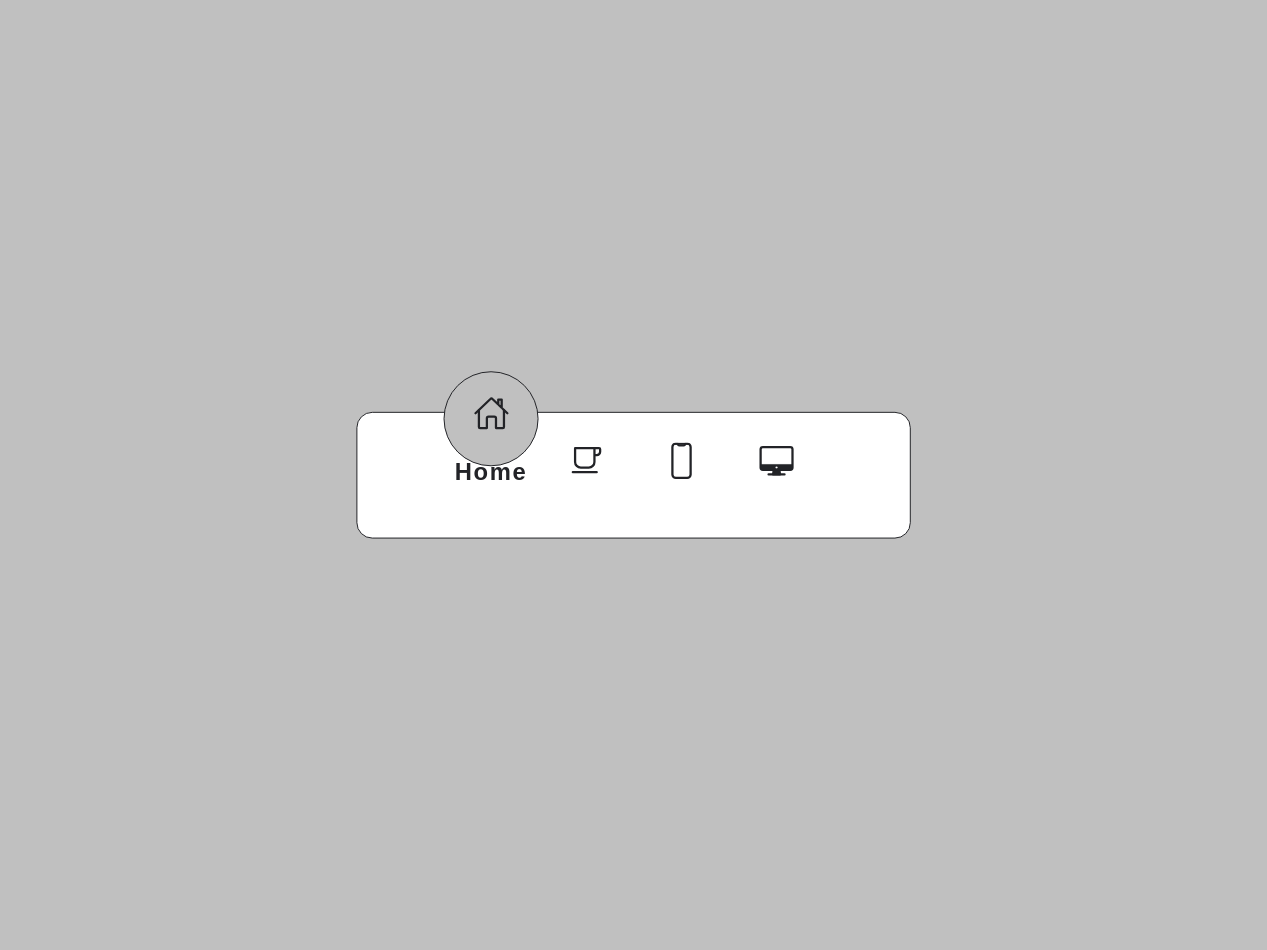
Repository: DevJoeYC/Metabukcs
Page: http://localhost/metabucks/
An editor plug-in stored every save of this project. The page is shown before and after the next save, followed by the edit.
The browser window is 1280 px wide. The pictures show the whole page, at 99% of full size.
The page is served by Tomcat 9.

Above is the page before, as saved 2022-05-27 01:13:41.

After the next save:
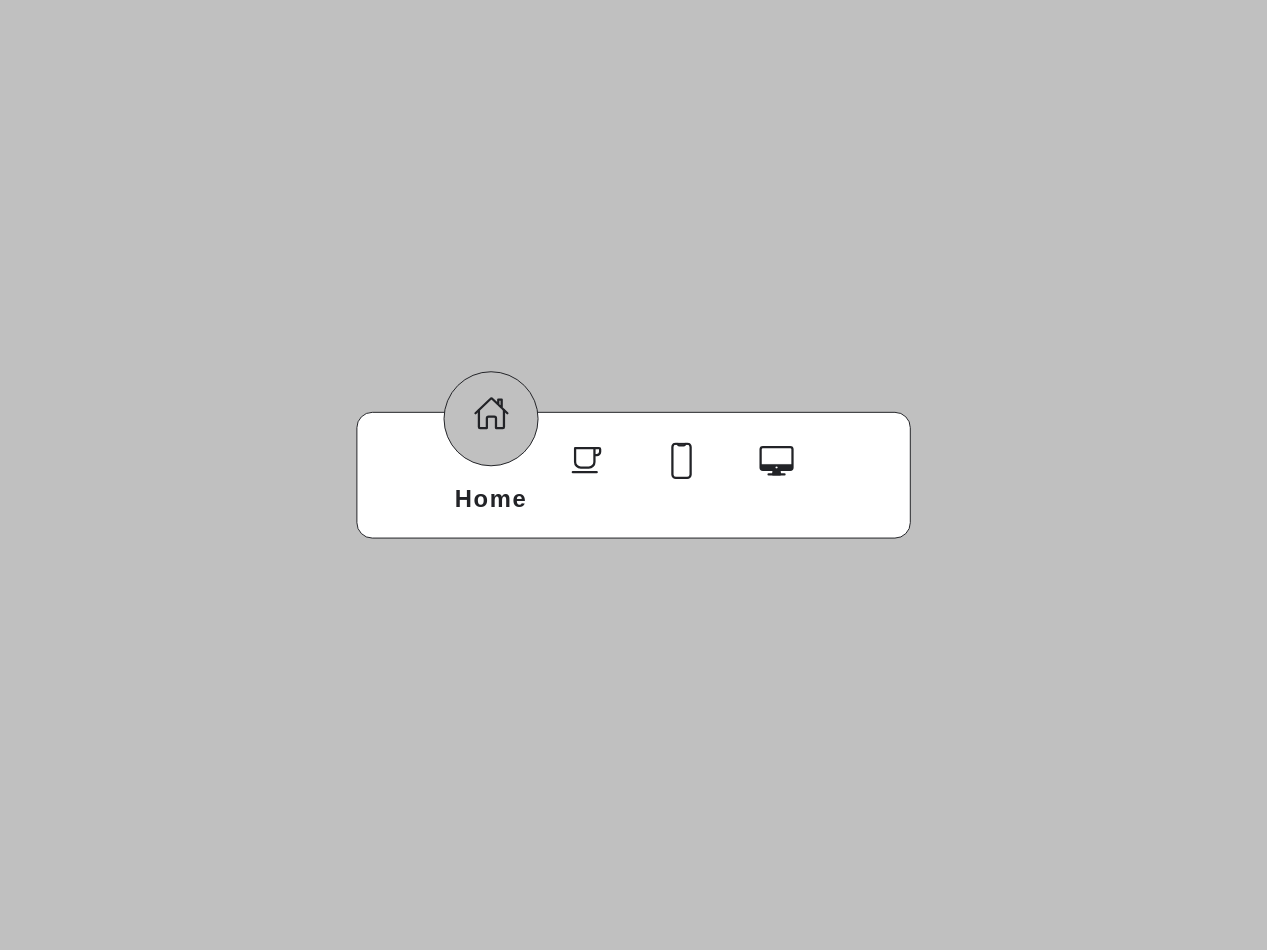
Saved 14 s later.
--- a/metabucks/WebContent/show/test.css
+++ b/metabucks/WebContent/show/test.css
@@ -94,12 +94,12 @@ body
 .nav ul li.hover a .text
 {
 	opacity: 1;
-	transform: translateY(0.3rem)
+	transform: translateY(2rem)
 }
 .nav ul li.active a .text
 {
 	opacity: 1;
-	transform: translateY(0.3rem)
+	transform: translateY(2rem)
 }
 
 .indicator
